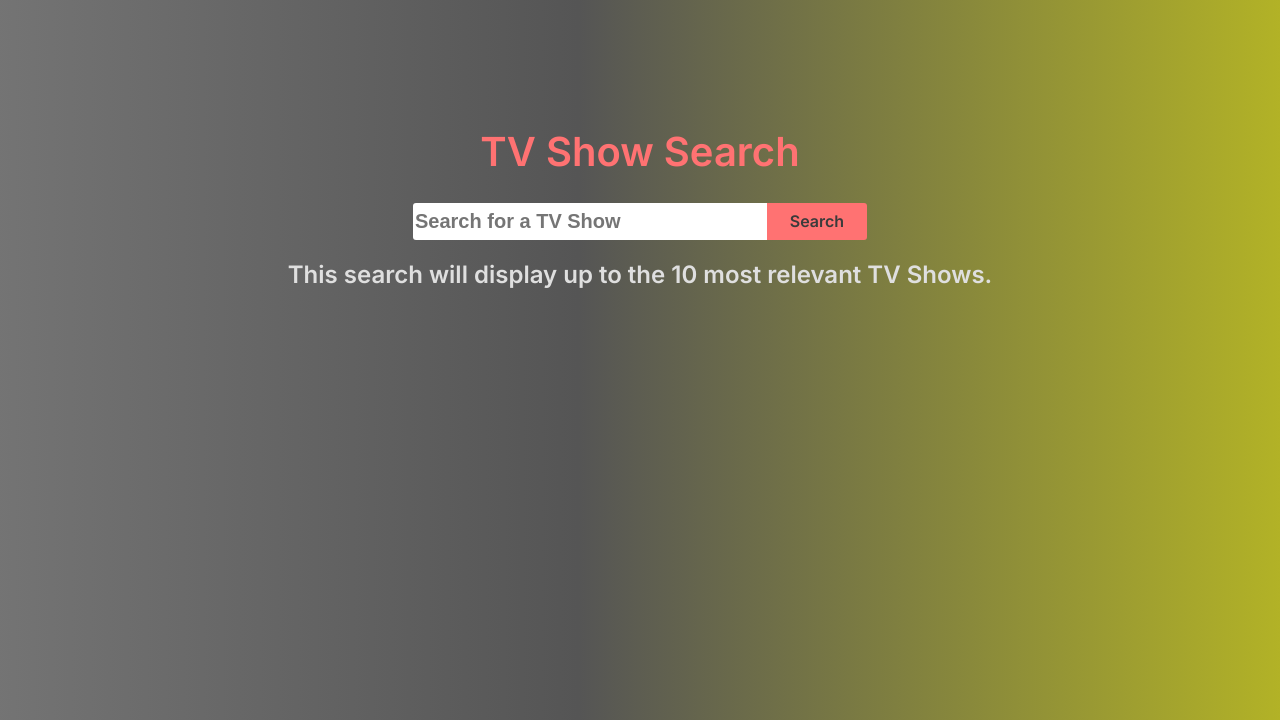
Repository: shayanabedi98/tv-search-react
Page: /
These files come from the project's save history. The page is drawn as it stood at one moment and after the next save; the edit follows.
The browser window is 1280 px wide. The pictures show the whole page.
The project was rebuilt for these pictures with package versions that can differ from the ones it lists, and the page was loaded fresh each time. Also part of the build but not shown: vite.config.js.

Above is the page before, as saved 2024-01-09 15:28:40.

After the next save:
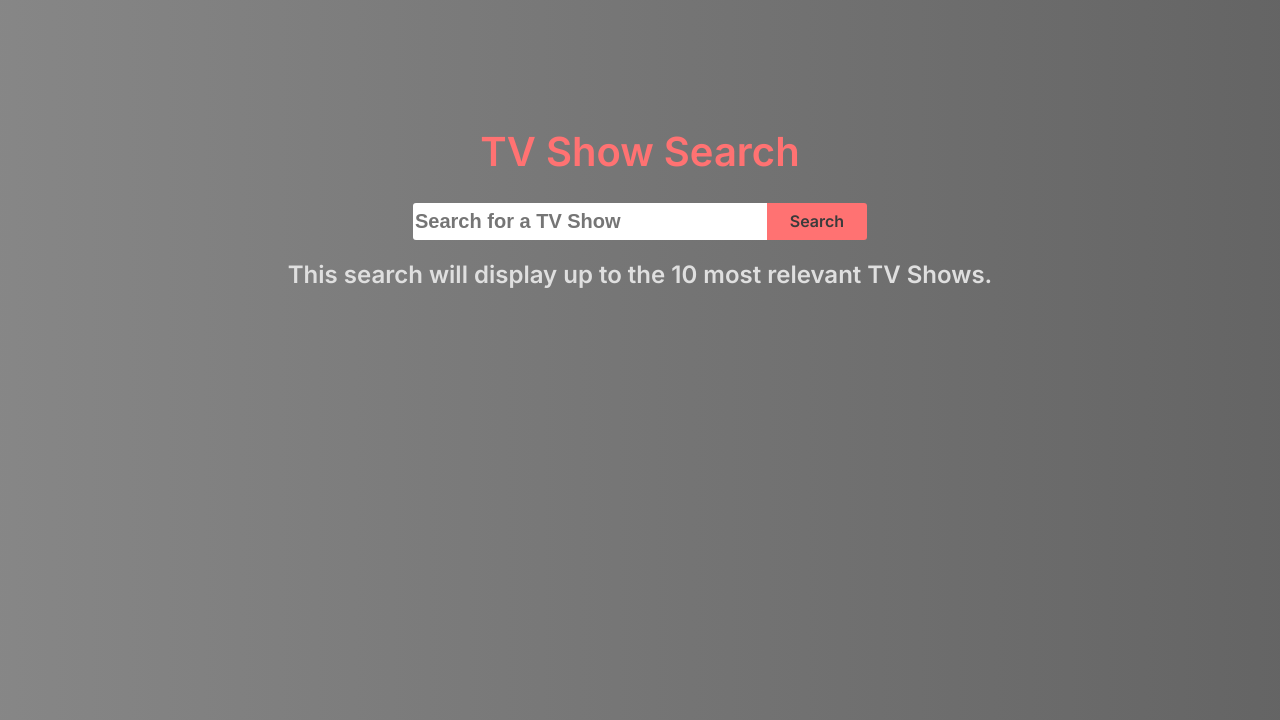
Saved 6 s later.
--- a/src/index.css
+++ b/src/index.css
@@ -6,7 +6,7 @@ body {
   padding: 0;
   color: rgb(223, 223, 223);
   width: 100%;
-  background: linear-gradient(to right, rgb(153, 153, 153), rgb(85, 85, 85), yellow);
+  background: linear-gradient(to right, rgb(153, 153, 153), rgb(85, 85, 85));
   background-size: 200% 200%;
   animation: move-bg 10s linear infinite;
 }
